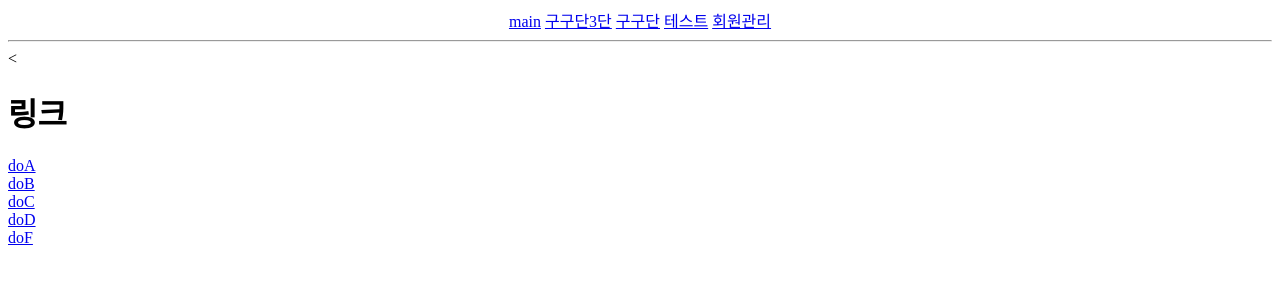
Repository: lx9203/SpringLecture
Page: http://localhost/spring02/test
An editor plug-in stored every save of this project. The page is shown before and after the next save, followed by the edit.
The browser window is 1280 px wide. The pictures show the whole page.
The page is served by Tomcat 9.

Above is the page before, as saved 2019-06-03 03:49:51.

After the next save:
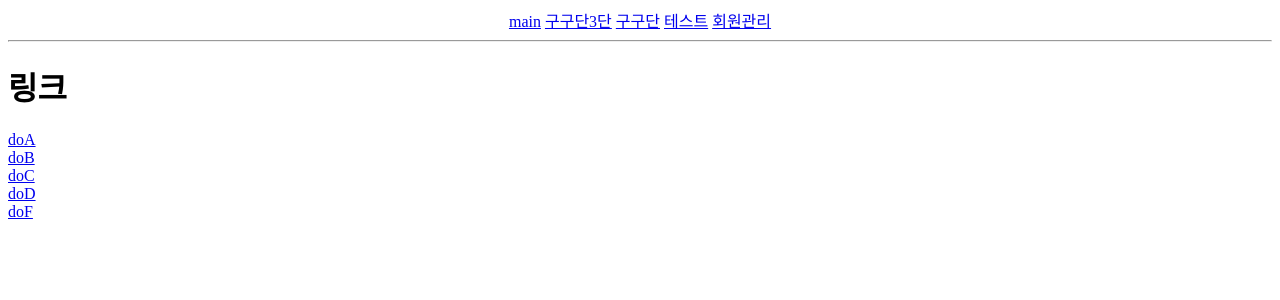
Saved 6 s later.
--- a/spring02/src/main/webapp/WEB-INF/views/test.jsp
+++ b/spring02/src/main/webapp/WEB-INF/views/test.jsp
@@ -9,7 +9,7 @@
 <body>
 <%@ include file="include/menu.jsp" %>
 <hr>
-<<h1>링크</h1>
+<h1>링크</h1>
 <a href="${path}/test/doA">doA</a><br>
 <a href="${path}/test/doB">doB</a><br>
 <a href="${path}/test/doC">doC</a><br>
